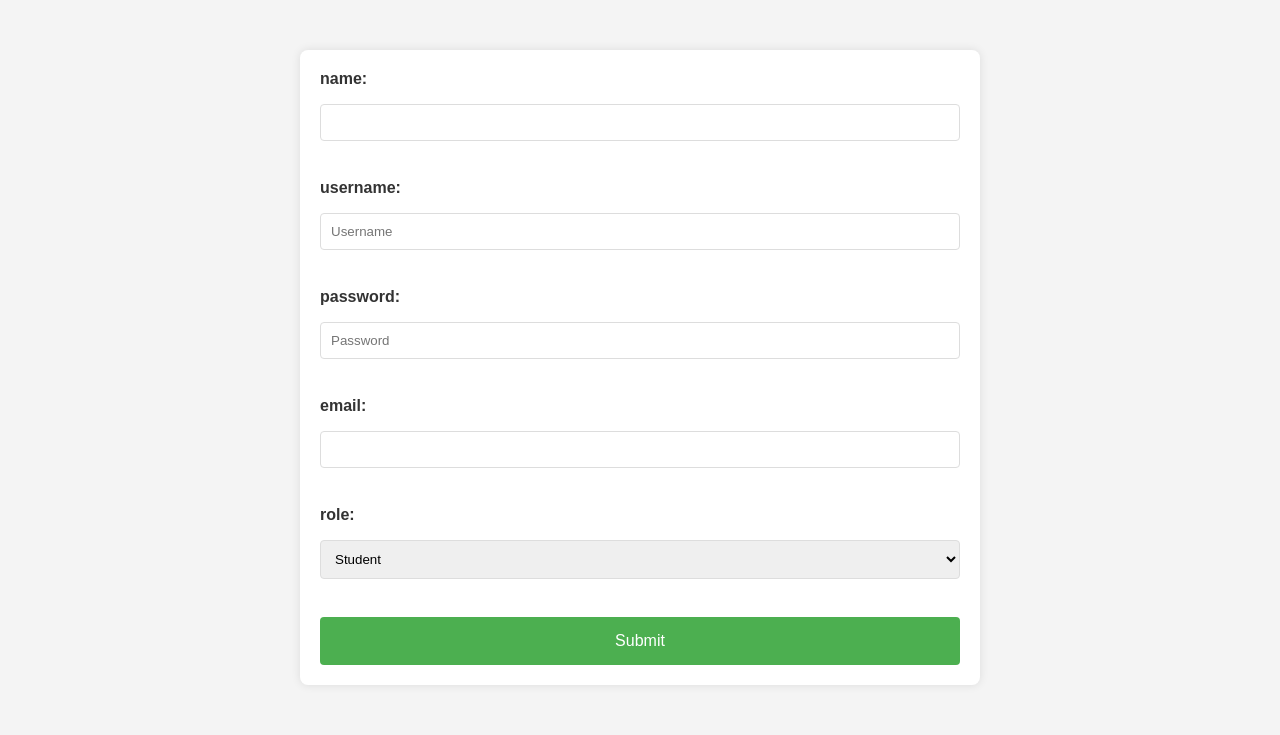
Repository: kkale14/My_allpr
Page: Kalyani1/src/main/webapp/Reg.html
The author's editor kept a copy of each file at every save. The page is drawn from the files as they stood at one save, then again after the next save.
The browser window is 1280 px wide. The pictures show the whole page.

Above is the page before, as saved 2025-03-05 09:26:01.

After the next save:
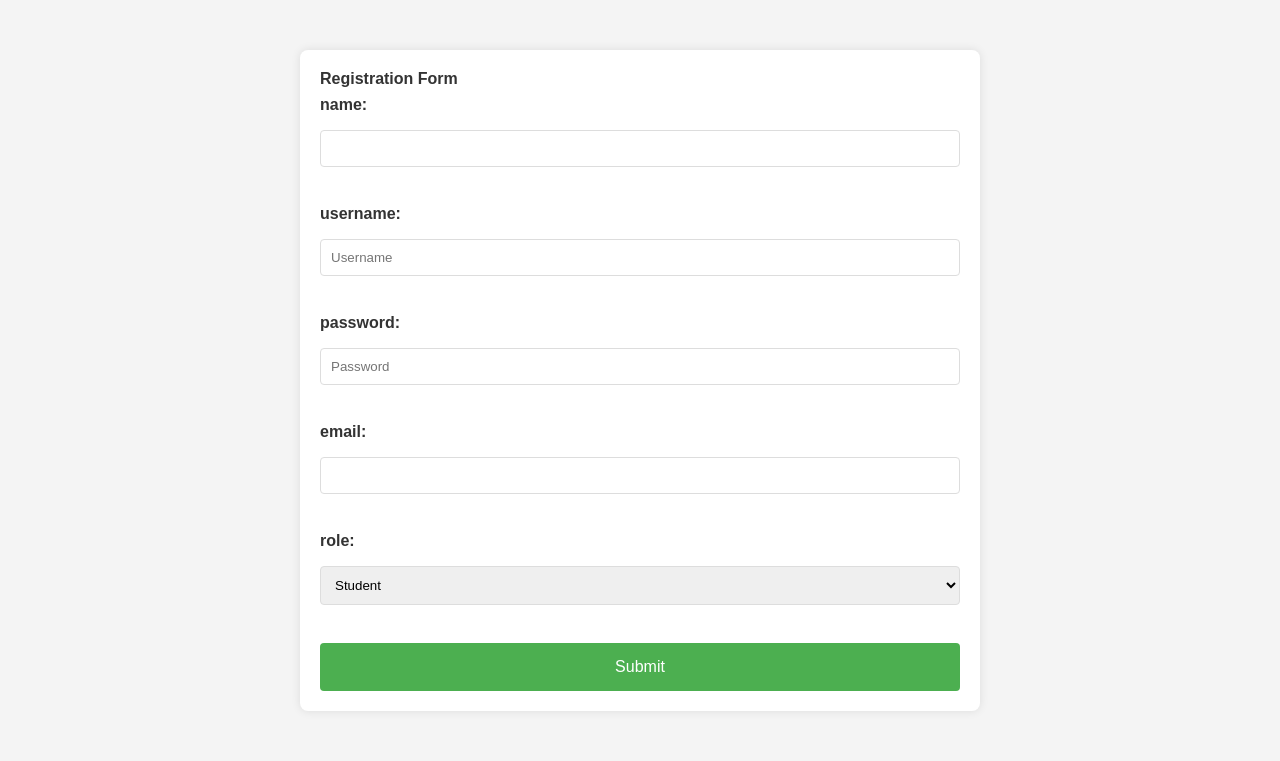
Saved 62 s later.
--- a/Kalyani1/src/main/webapp/Reg.html
+++ b/Kalyani1/src/main/webapp/Reg.html
@@ -91,7 +91,7 @@
 <form action="Srvlt" method="service">
             <!-- Personal Information Section -->
 
-
+            <label>Registration Form</label>
             <input type="hidden"  name="activity" value="register">
             <label >name:</label>
             <input type="text"  name="name" required>&nbsp;

After the 3 saves that followed:
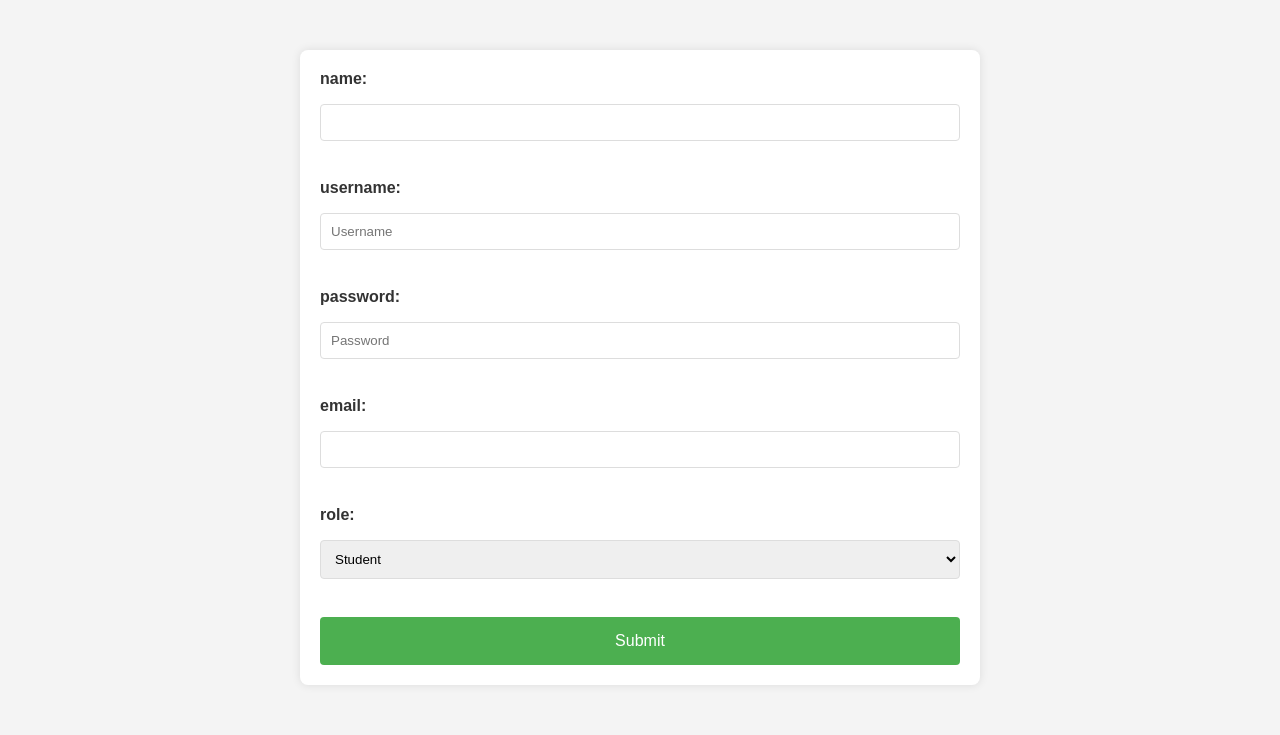
The 3 saves are shown as one change because they came seconds apart.
The last was saved 30 s later.
--- a/Kalyani1/src/main/webapp/Reg.html
+++ b/Kalyani1/src/main/webapp/Reg.html
@@ -91,7 +91,7 @@
 <form action="Srvlt" method="service">
             <!-- Personal Information Section -->
 
-            <label>Registration Form</label>
+
             <input type="hidden"  name="activity" value="register">
             <label >name:</label>
             <input type="text"  name="name" required>&nbsp;
